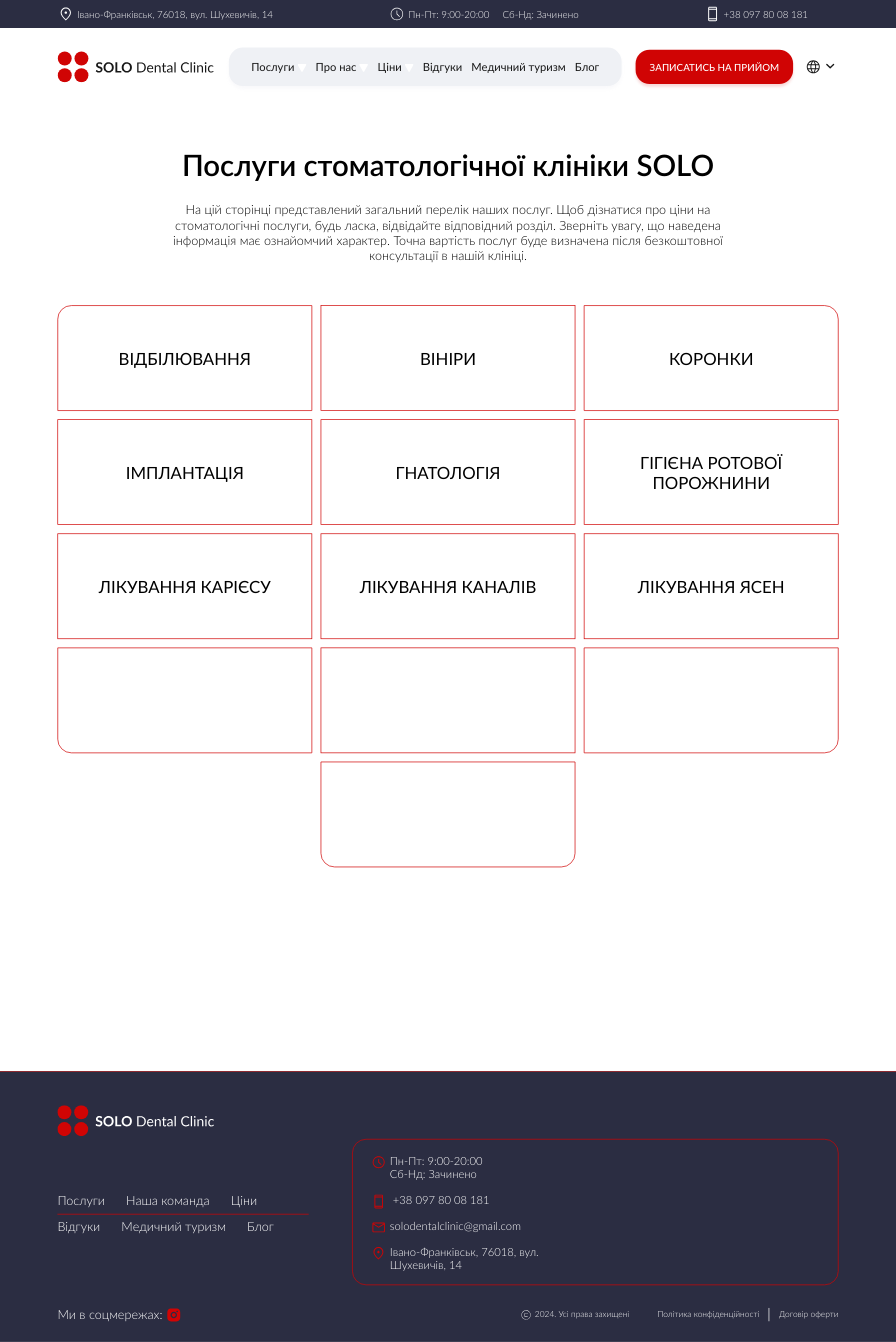
Repository: TarasDutchak/dental-clinic
Page: services.html
An editor plug-in stored every save of this project. The page is shown before and after the next save, followed by the edit.
The browser window is 1280 px wide. The pictures show the whole page, at 70% of full size.
Pictures or frames that could not be fetched are drawn as grey boxes.

Above is the page before, as saved 2024-12-30 07:49:50.

After the next save:
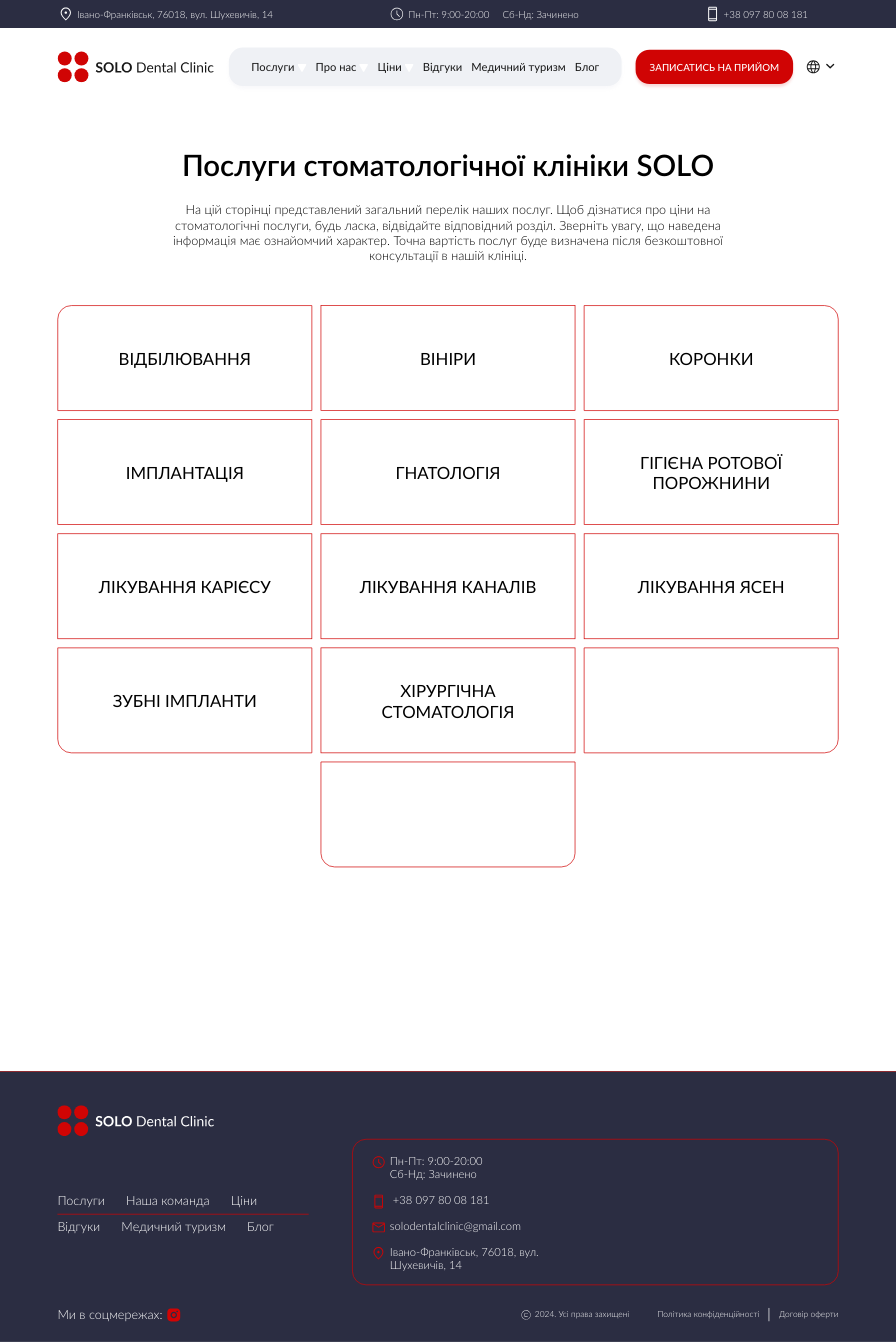
Saved 10 s later.
--- a/services.html
+++ b/services.html
@@ -173,8 +173,10 @@
                     <a href="#" class="service-item">лікування карієсу</a>
                     <a href="#" class="service-item">лікування каналів</a>
                     <a href="#" class="service-item">лікування ясен</a>
-                    <a href="#" class="service-item"></a>
-                    <a href="#" class="service-item"></a>
+                    <a href="#" class="service-item">зубні імпланти</a>
+                    <a href="#" class="service-item">
+                        хірургічна стоматологія
+                    </a>
                     <a href="#" class="service-item"></a>
                     <a href="#" class="service-item"></a>
                 </div>
